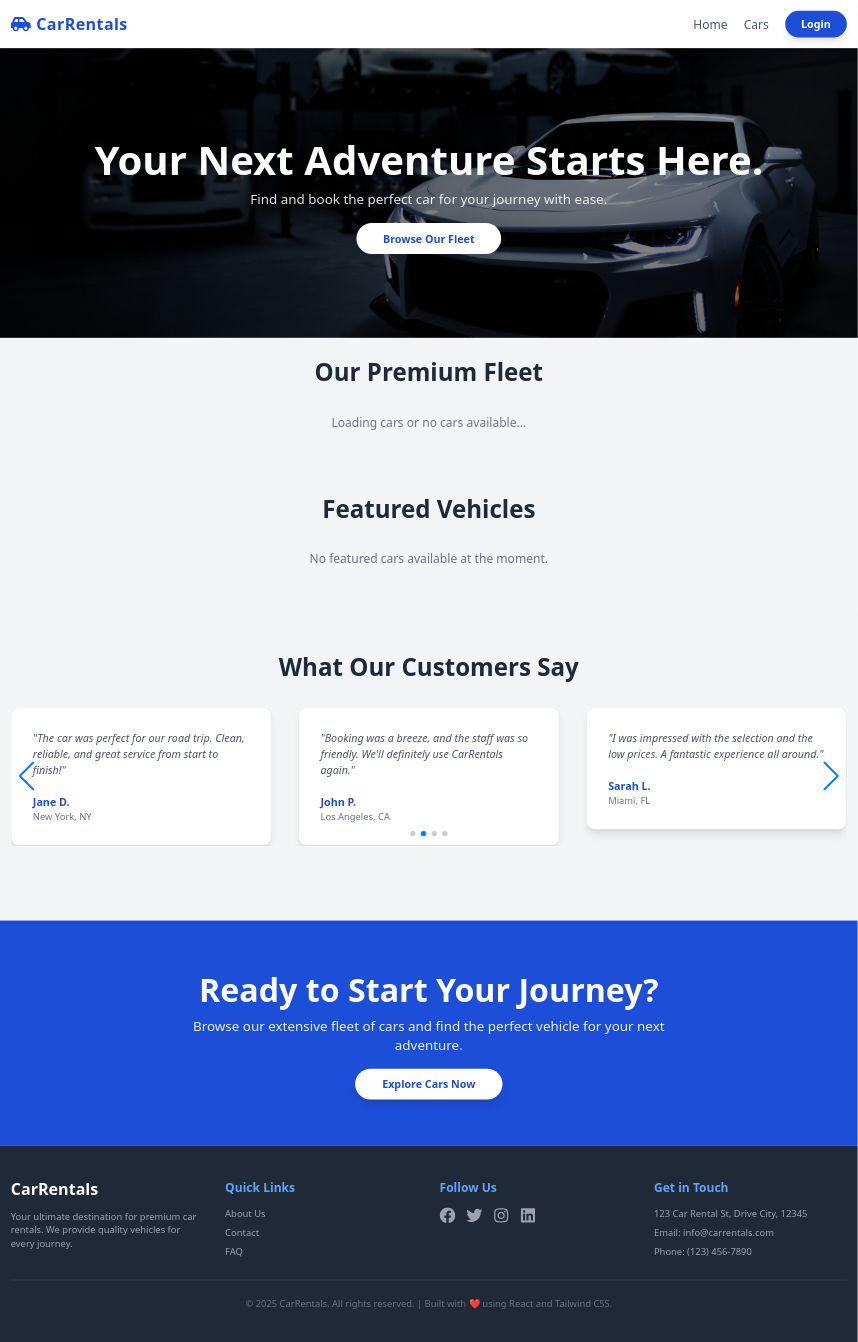
Repository: Daehy-peels/car-rental-app
Page: /admin/reports (app in client/)
An editor plug-in stored every save of this project. The page is shown before and after the next save, followed by the edit.
The browser window is 1280 px wide. The pictures show the whole page, at 67% of full size.
The page's requests for data from a server got no answer. The project was rebuilt for these pictures with package versions that can differ from the ones it lists, and the page was loaded fresh each time. No one was signed in, and anything a server would have sent is missing. Also part of the build but not shown: client/vite.config.js, client/src/components/CarCard.jsx, client/src/components/CarDetail.jsx.

Above is the page before, as saved 2025-08-21 19:54:39.

After the next save:
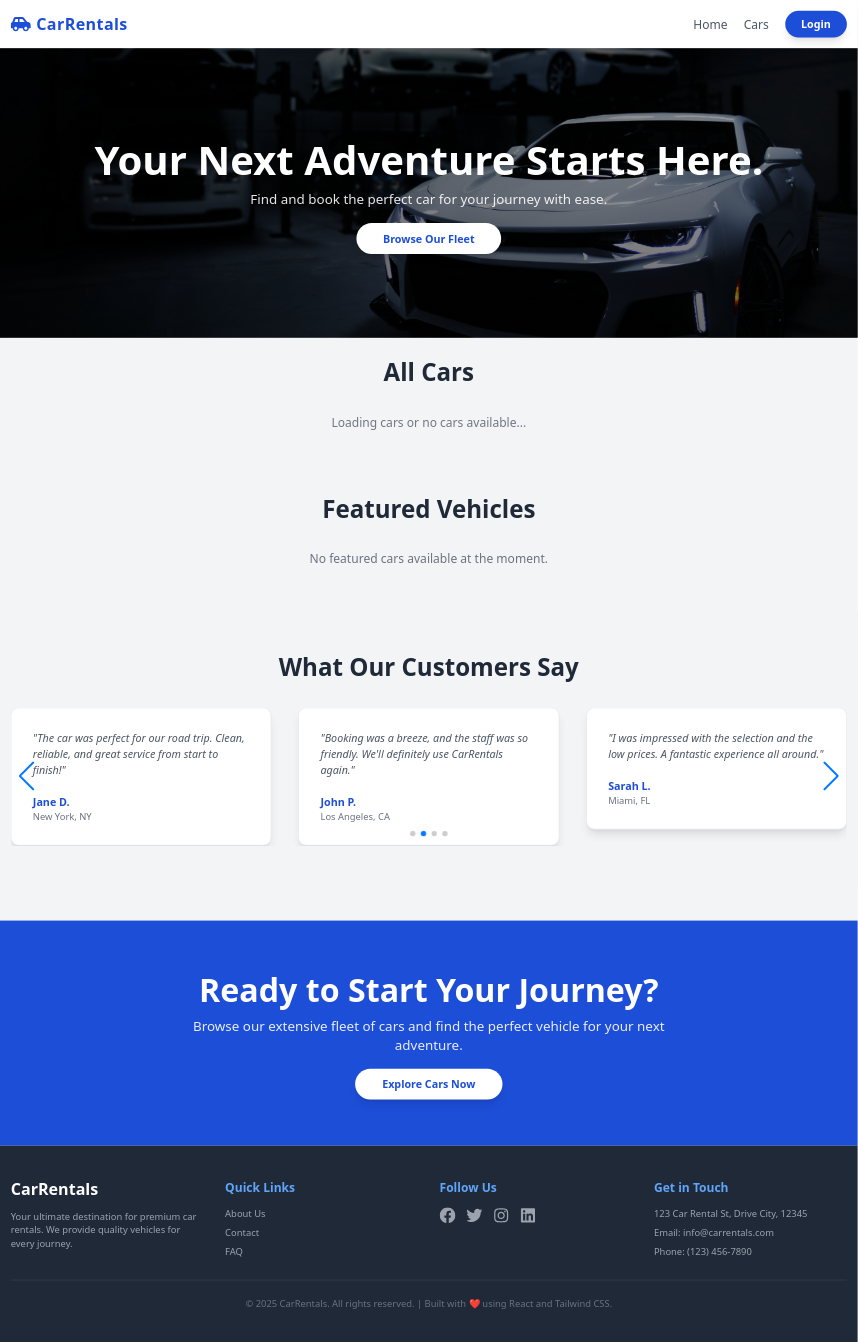
Saved 67 s later.
--- a/client/src/App.jsx
+++ b/client/src/App.jsx
@@ -32,17 +32,15 @@ function App() {
   };
 
   return (
-    // Updated this div to use flexbox for layout control
     <div className="flex flex-col min-h-screen bg-background font-sans antialiased">
       <Navbar />
       <Hero />
-
-      {/* The main content area that will expand to fill space */}
       <div className="flex-grow">
         <div className="container mx-auto px-4 sm:px-6 lg:px-8">
           <main className="p-8">
+            {/* This section now shows ALL cars */}
             <h2 className="text-4xl font-bold text-text mb-10 text-center animate-fade-in">
-              Our Premium Fleet
+              All Cars
             </h2>
 
             {cars.length > 0 ? (
@@ -63,7 +61,7 @@ function App() {
           </main>
         </div>
 
-        <FeaturedCars />
+        <FeaturedCars onCardClick={handleCardClick} />
         <Testimonials />
         <CallToAction />
       </div>
